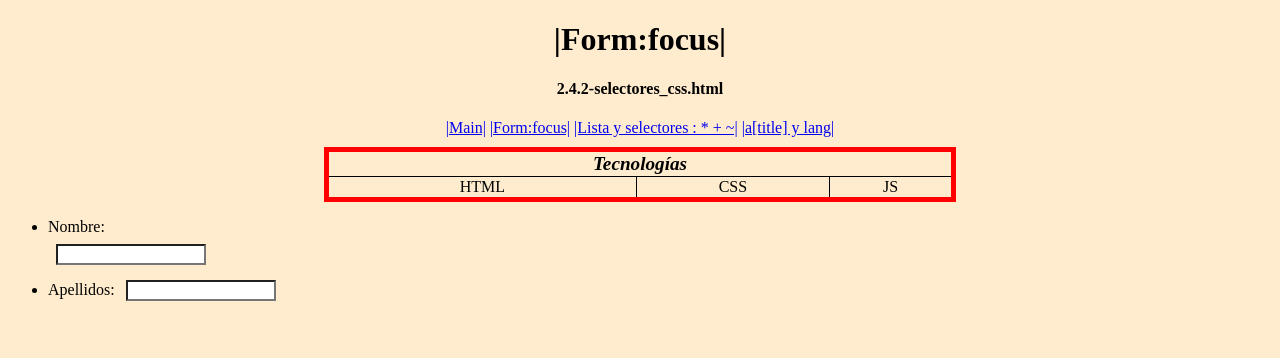
Repository: cesarsant0203/My_Study
Page: Introducción al desarrollo web/2-Css/2.4.2-selectores_css.html
An editor plug-in stored every save of this project. The page is shown before and after the next save, followed by the edit.
The browser window is 1280 px wide. The pictures show the whole page.

Above is the page before, as saved 2020-04-28 17:39:29.

After the next save:
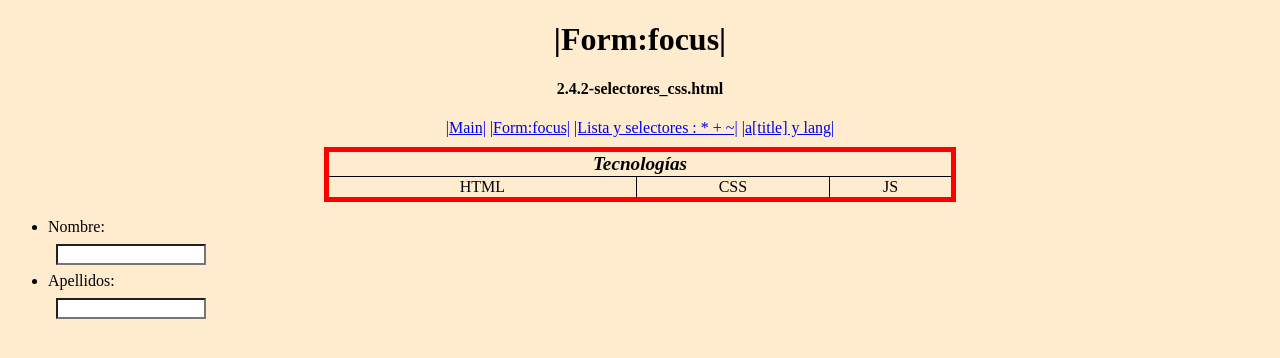
Saved 16 s later.
--- a/Introducción al desarrollo web/2-Css/2.4.2-selectores_css.html
+++ b/Introducción al desarrollo web/2-Css/2.4.2-selectores_css.html
@@ -41,7 +41,7 @@
                     <input type="text" id="name" />
                 </li>
                 <li>
-                    <label id="lsname" for="sname">Apellidos:</label>
+                    <label id="lsname" for="sname">Apellidos:</label> <br/>
                     <input type="text" id="sname" />
                 </li>
             </ul>
